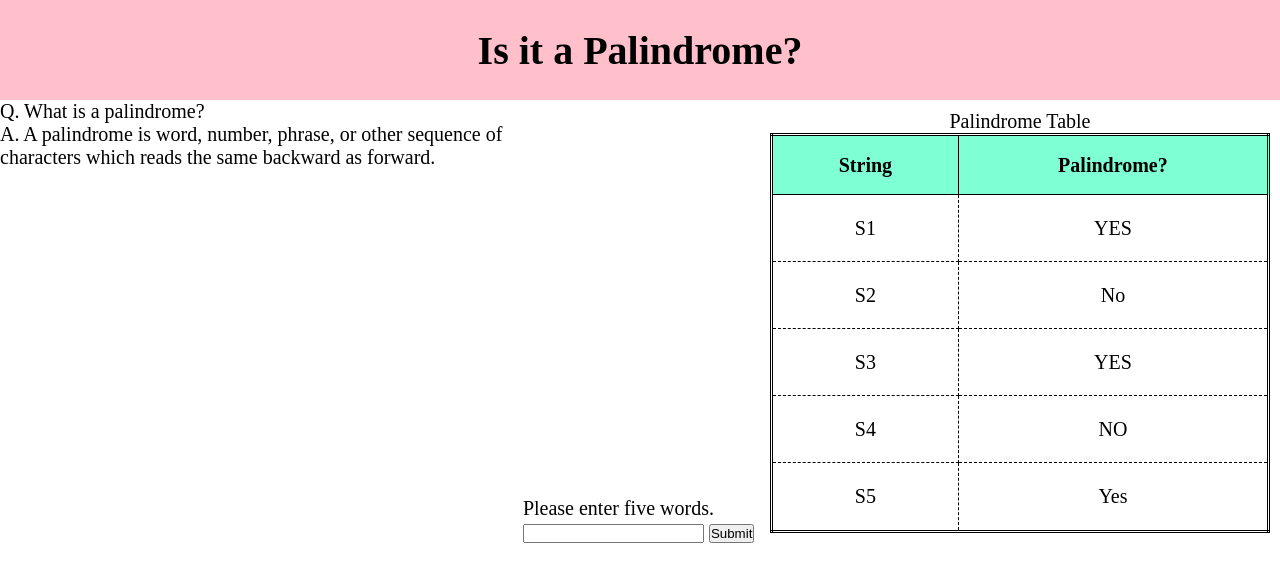
Repository: mlmEFSC21/P18-Palindrome-Table
Page: palindrome.html
The author's editor kept a copy of each file at every save. The page is drawn from the files as they stood at one save, then again after the next save.
The browser window is 1280 px wide. The pictures show the whole page.

Above is the page before, as saved 2022-04-03 17:51:51.

### palindrome.html
<!DOCTYPE html>
<html lang="en">
    <head>
        <meta charset="UTF-8" />
        <meta http-equiv="X-UA-Compatible" content="IE=edge" />
        <meta name="viewport" content="width=device-width, initial-scale=1.0" />
        <link rel="stylesheet" href="palindrome.css" />
        <script defer src="palindrome.js"></script>
        <title>Palindrome Table</title>
    </head>
    <body>
        <header class="mainHeader">
            <h1>Is it a Palindrome?</h1>
        </header>
        <div class="mainContent">
            <div>
                <p>Q. What is a palindrome?</p>
                <p>
                    A. A palindrome is word, number, phrase, or other sequence of characters which
                    reads the same backward as forward.
                </p>
            </div>
            <div class="formContainer" id="formContainer">
                <form class="palindromeForm" id="palindromeForm">
                    <label for="stringInput">Please enter five words.</label>
                    <input
                        type="text"
                        name="stringInput"
                        class="stringInput"
                        id="stringInput"
                        required
                    />
                    <button type="submit" class="submit-btn" id="submit-btn">Submit</button>
                </form>
            </div>
            <div class="tableContainer" id="tableContainer">
                <table>
                    <caption>
                        Palindrome Table
                    </caption>
                    <thead>
                        <tr>
                            <th>String</th>
                            <th>Palindrome?</th>
                        </tr>
                    </thead>
                    <tbody>
                        <tr>
                            <td class="string">S1</td>
                            <td class="yes-no">YES</td>
                        </tr>
                        <tr>
                            <td class="string">S2</td>
                            <td class="yes-no">No</td>
                        </tr>
                        <tr>
                            <td class="string">S3</td>
                            <td class="yes-no">YES</td>
                        </tr>
                        <tr>
                            <td class="string">S4</td>
                            <td class="yes-no">NO</td>
                        </tr>
                        <tr>
                            <td class="string">S5</td>
                            <td class="yes-no">Yes</td>
                        </tr>
                    </tbody>
                </table>
            </div>
        </div>
    </body>
</html>

### palindrome.css
*,
*::after,
*::before {
    box-sizing: border-box;
    margin: 0;
    padding: 0;
}
body {
    font-size: 1.25rem;
}
header {
    display: flex;
    background-color: pink;
    align-items: center;
    justify-content: center;
    height: 100px;
}
.mainContent {
    display: flex;
    /* flex-direction: column; */
}
.formContainer {
    align-self: flex-end;
}
table {
    border-collapse: collapse;
    border: 3px double black;
    margin: 10px;
    padding: 10px;
    width: 500px;
    height: 400px;
    text-align: center;
}
th {
    background-color: aquamarine;
    height: 60px;
    border: 1px solid black;
    padding: 15px;
}
tr,
td {
    height: 30px;
    border: 1px dashed black;
    padding: 10px;
}

Loaded but not shown: palindrome.js (no stored copy; drawn as an empty file)

After the next save:
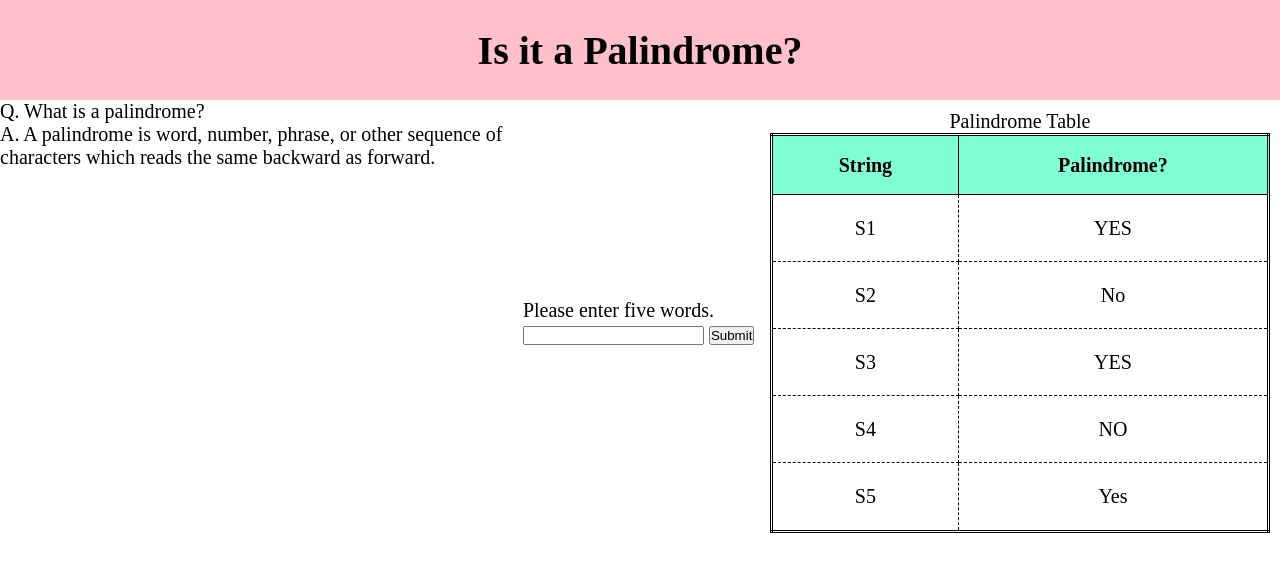
Saved 29 s later.
--- a/palindrome.css
+++ b/palindrome.css
@@ -20,7 +20,7 @@ header {
     /* flex-direction: column; */
 }
 .formContainer {
-    align-self: flex-end;
+    align-self: center;
 }
 table {
     border-collapse: collapse;
